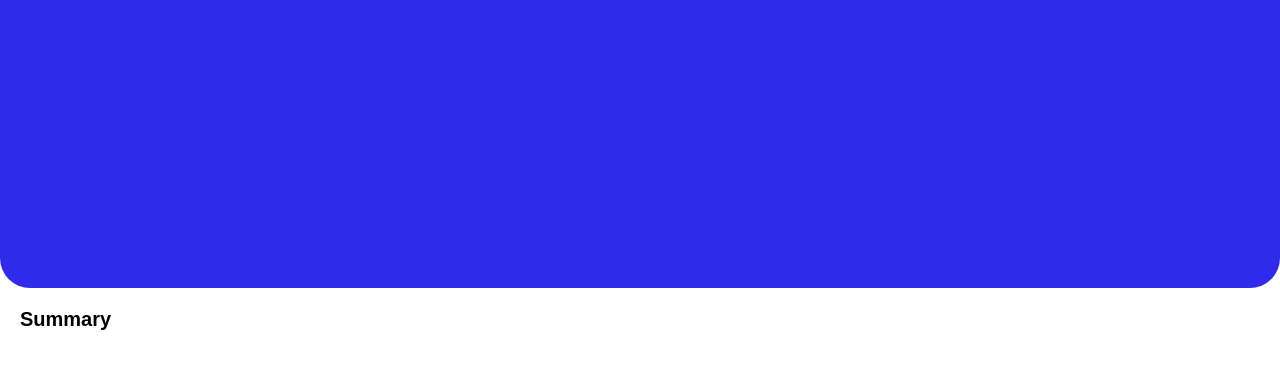
Repository: limaneto/frontend-mentor-results-summary
Page: index.html
These files come from the project's save history. The page is drawn as it stood at one moment and after the next save; the edit follows.
The browser window is 1280 px wide. The pictures show the whole page.

Above is the page before, as saved 2023-11-06 01:22:41.

After the next save:
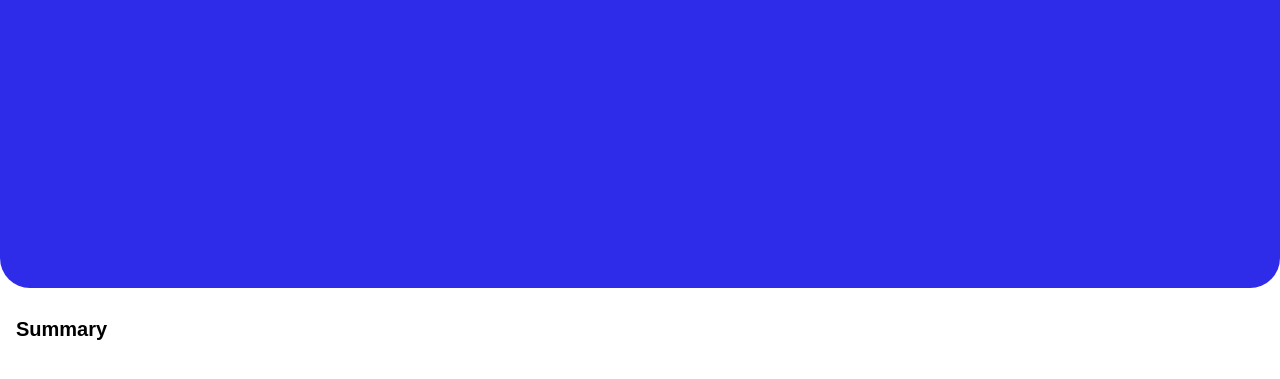
Saved 14 s later.
--- a/style.css
+++ b/style.css
@@ -44,7 +44,7 @@ section {
 }
 
 summary {
-  padding: 20px
+  padding: 30px 16px;
 }
 
 summary > h2 {
